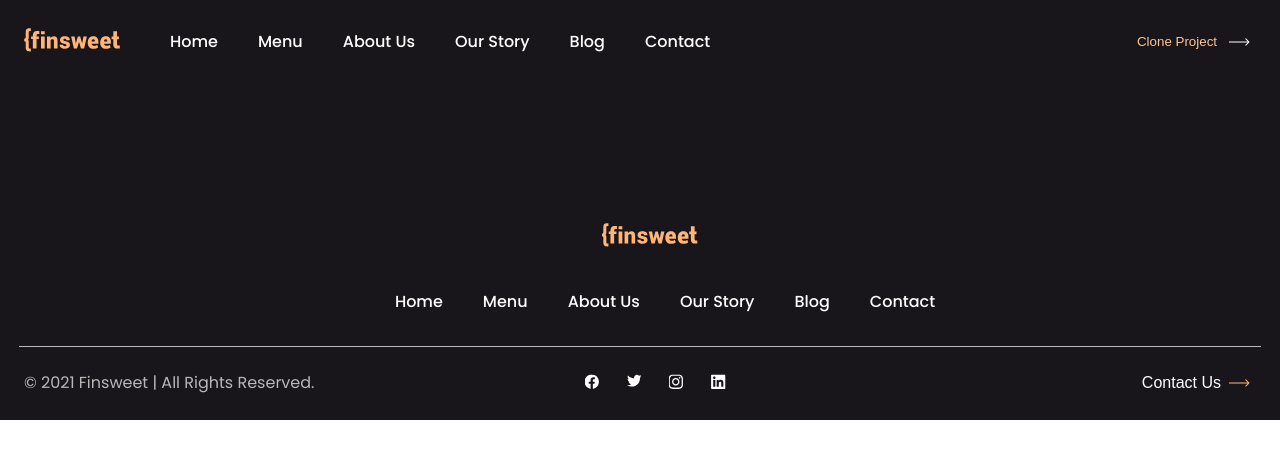
Repository: Minns-Cao/project-finsweet
Page: contact.html
These files come from the project's save history. The page is drawn as it stood at one moment and after the next save; the edit follows.
The browser window is 1280 px wide. The pictures show the whole page.
Some web fonts or font styles are not loaded; a fallback is used.

Above is the page before, as saved 2023-05-05 13:39:36.

After the next save:
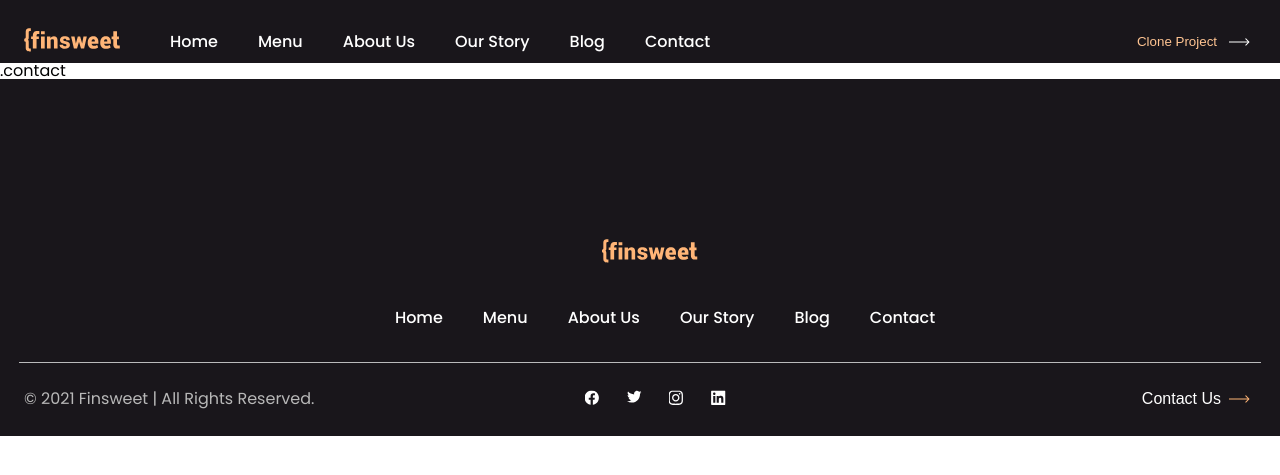
Saved 6 s later.
--- a/contact.html
+++ b/contact.html
@@ -140,6 +140,7 @@
         <!-- Main -->
         <main>
             <!-- contactUs -->
+            .contact
         </main>
         <!-- Footer -->
         <footer class="footer">
